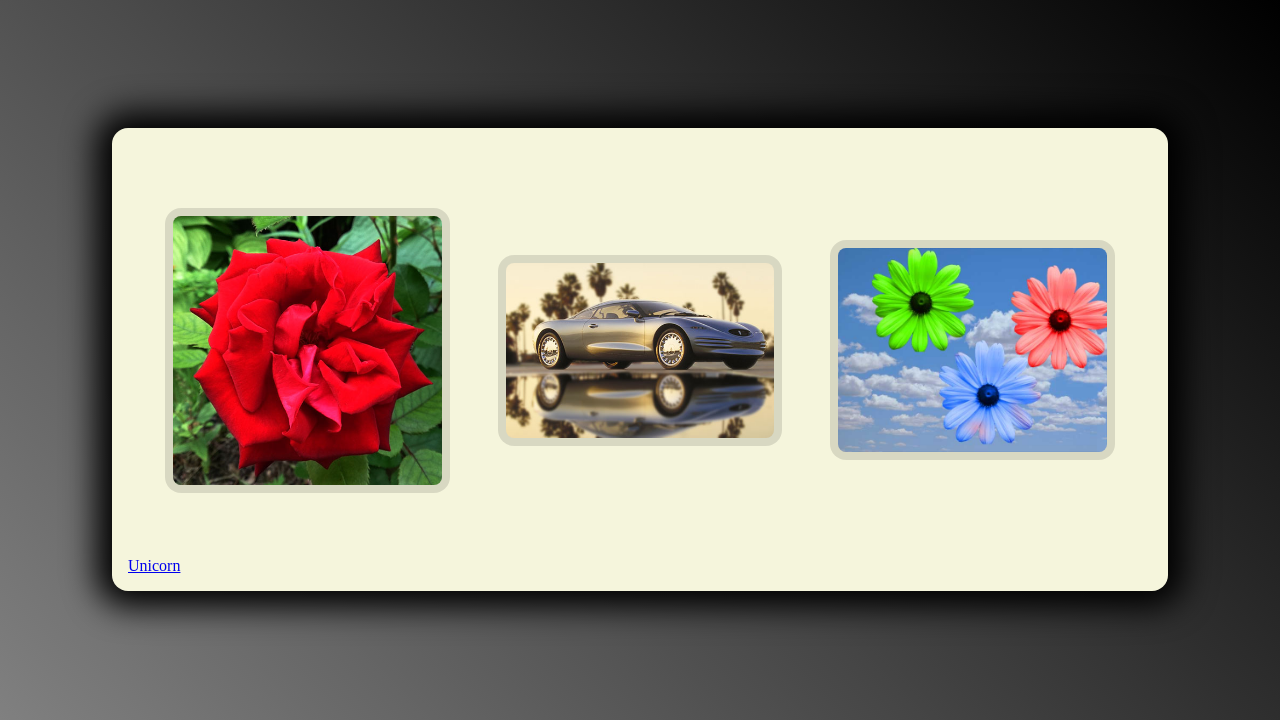
Repository: ViggoSkj/VGY
Page: ovningar/photoshopovning/photoshopovning.html
These files come from the project's save history. The page is drawn as it stood at one moment and after the next save; the edit follows.
The browser window is 1280 px wide. The pictures show the whole page.

Above is the page before, as saved 2022-11-27 12:13:40.

### ovningar/photoshopovning/photoshopovning.html
<!DOCTYPE html>
<html lang="en">
    <head>
        <meta charset="UTF-8">
        <meta http-equiv="X-UA-Compatible" content="IE=edge">
        <meta name="viewport" content="width=device-width, initial-scale=1.0">
        <title>Document</title>
        <link rel="stylesheet" href="public/css/style.css">
    </head>
    <body>
        <div class="container">
            <div class="images">
                <img src="public/images/ros_edited.jpg" alt="ros">
                <img src="public/images/bil_edited.jpg" alt="bil">
                <img src="public/images/sky_and_flower.jpg" alt="1 röd, 1, blå och 1 grönn blomma på en himmel">
            </div>

            <div id="myfooter">
                <a href="https://validator.w3.org/unicorn/check?ucn_uri=labb.vgy.se/~viggosg/ovningar/photoshopovningar.html&ucn_task=conformance">Unicorn</a>
             </div>
        </div>
    </body>
</html>

### ovningar/photoshopovning/public/css/style.css
body
{
    background-image: linear-gradient(45deg, gray, black);
    display: flex;
    height: 100%;
    margin: 0;
    background-repeat: no-repeat;
    background-attachment: fixed;
}

.container
{
    background-color: beige;
    margin: auto;
    margin-top: 8em;
    align-items: center;
    width: 80%;
    border-radius: 1em;
    padding: 1em;
    box-shadow: 0em 0em 2em 1em black;
}

img
{

    width: 30%;
    border-radius: 1em;
    padding: 0.5em;
    background-color: rgba(0, 0, 0, 0.116);
}

.images
{
    display: flex;
    justify-content: center;
    gap: 3em;
    align-items: center;
    padding: 2em;
    margin: 2em;
}

After the next save:
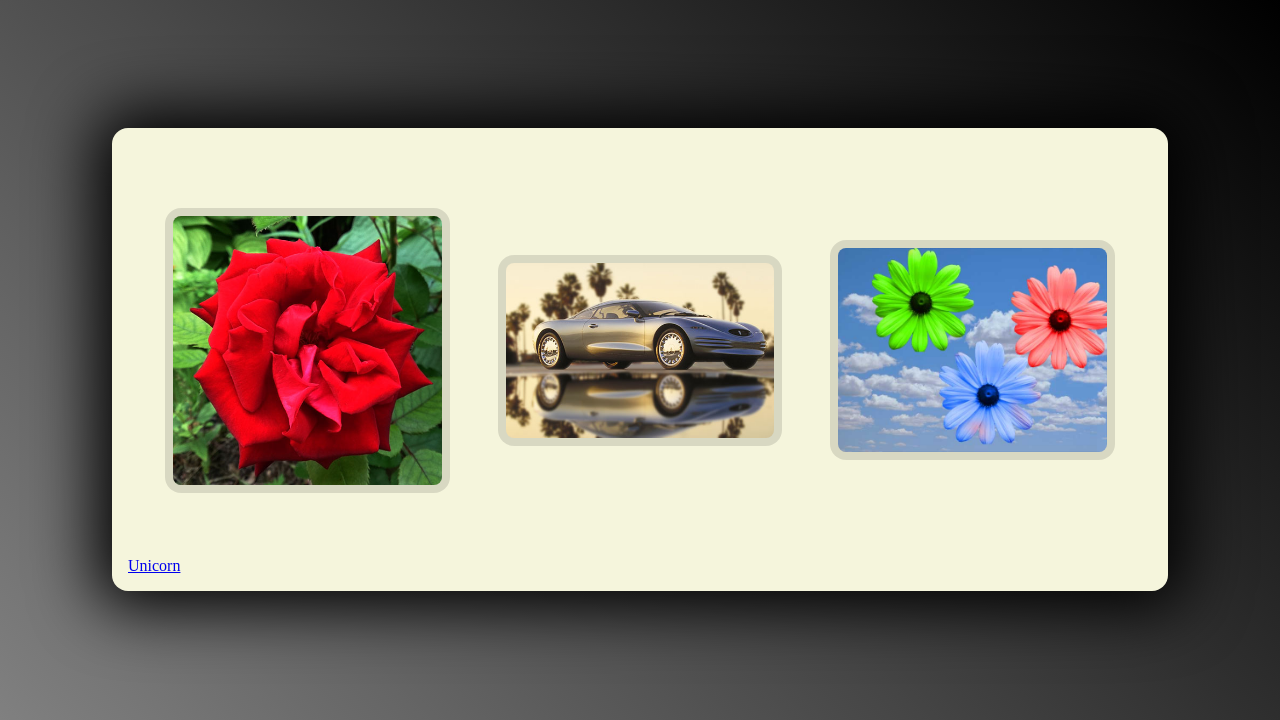
Saved 4 s later.
--- a/ovningar/photoshopovning/public/css/style.css
+++ b/ovningar/photoshopovning/public/css/style.css
@@ -17,7 +17,7 @@ body
     width: 80%;
     border-radius: 1em;
     padding: 1em;
-    box-shadow: 0em 0em 2em 1em black;
+    box-shadow: 0em 0em 4em 1em black;
 }
 
 img
